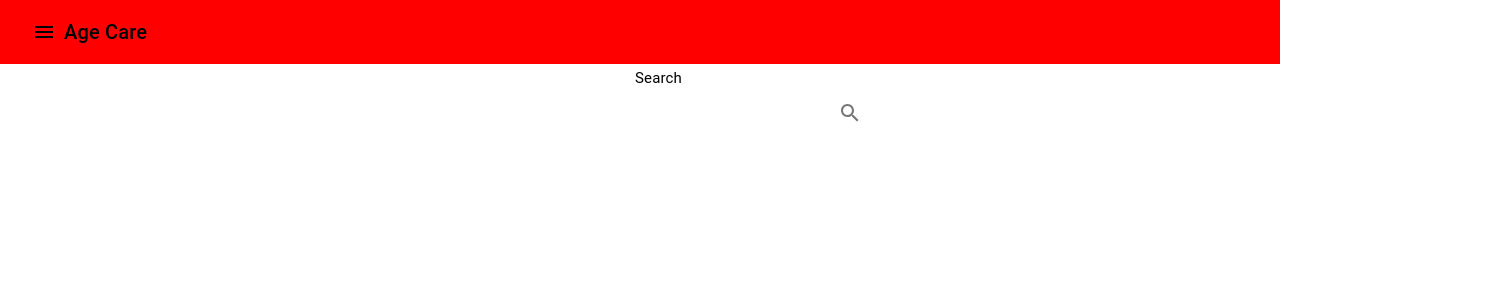
Repository: kimchybob/age_care
Page: /
The author's editor kept a copy of each file at every save. The page is drawn from the files as they stood at one save, then again after the next save.
The browser window is 1280 px wide. The page is 1500 px wide, so the pictures cover 1500 px, including what lies to the right of the window. The pictures show the whole page.
The project was rebuilt for these pictures with package versions that can differ from the ones it lists, and the page was loaded fresh each time. Also part of the build but not shown: src/Components/LineChart.js, src/Components/MultiSelectList.js, src/Components/TimeSelecter.js, src/Components/SingleSelectList.js, src/Pages/ChartPage.js, src/Components/TableChart.js.

Above is the page before, as saved 2022-03-24 11:11:22.

After the next save:
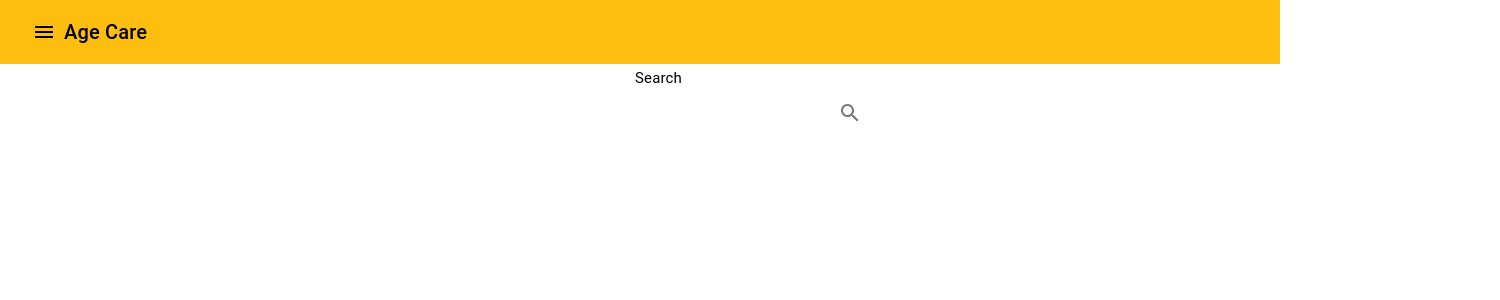
Saved 61 s later.
--- a/src/Components/Toolbar.js
+++ b/src/Components/Toolbar.js
@@ -8,7 +8,7 @@
 
 
   return (
-    <Toolbar style={{backgroundColor:"red"}}>
+    <Toolbar style={{backgroundColor:"rgb(254,190,15)"}}>
       <SideDrawer/>
       <Typography variant="h6">
         Age Care
